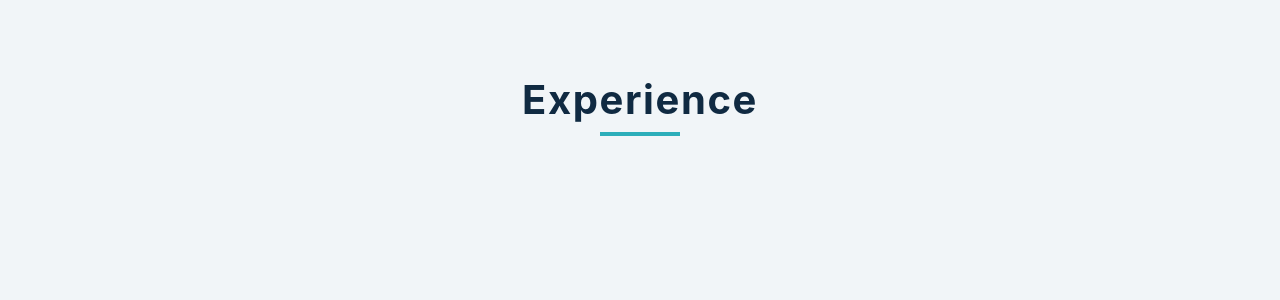
Repository: gligor99/tabs-ts-react
Page: /
These files come from the project's save history. The page is drawn as it stood at one moment and after a run of saves; the edit follows.
The browser window is 1280 px wide. The pictures show the whole page.
The page's requests for data from a server got no answer. The project was rebuilt for these pictures with package versions that can differ from the ones it lists, and the page was loaded fresh each time. No one was signed in, and anything a server would have sent is missing.

Above is the page before, as saved 2021-11-25 20:51:29.

After the next 5 saves:
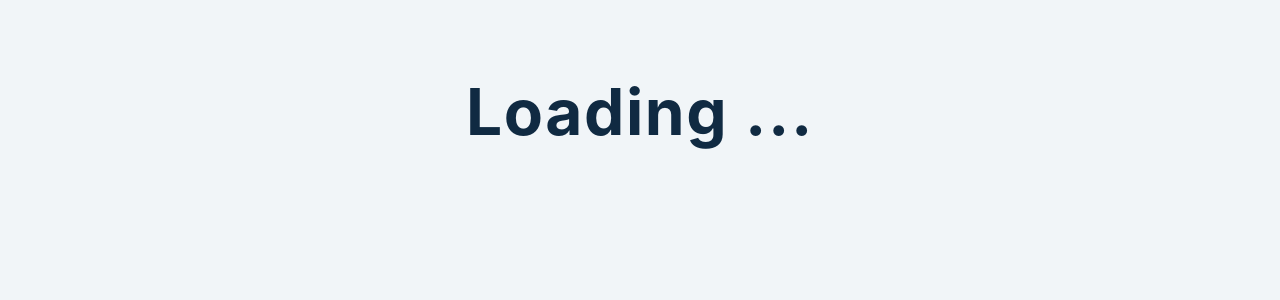
The 5 saves are shown as one change because 4 did not build or start.
The last was saved 96 s later.
--- a/src/App.tsx
+++ b/src/App.tsx
@@ -25,7 +25,7 @@
     } catch (error) {
       console.log(error);
     }
-    setIsLoading(false);
+
   };
 
   useEffect(() => {
@@ -43,6 +43,7 @@
   // const jobs: DataProps = data[value];
   // console.log(jobs);
   // console.log(jobs.company);
+  // const {company} = data[value]
 
   return (
     <section className="section">

After the save that followed:
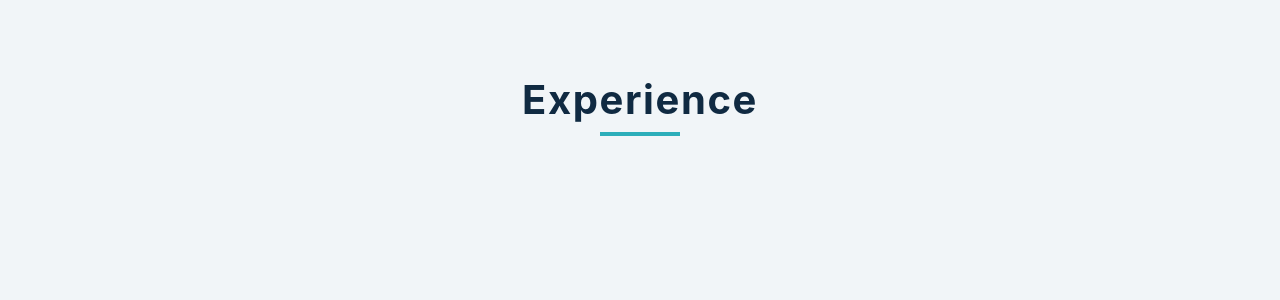
Saved 10 s later.
--- a/src/App.tsx
+++ b/src/App.tsx
@@ -25,7 +25,7 @@
     } catch (error) {
       console.log(error);
     }
-
+    setIsLoading(false)
   };
 
   useEffect(() => {
